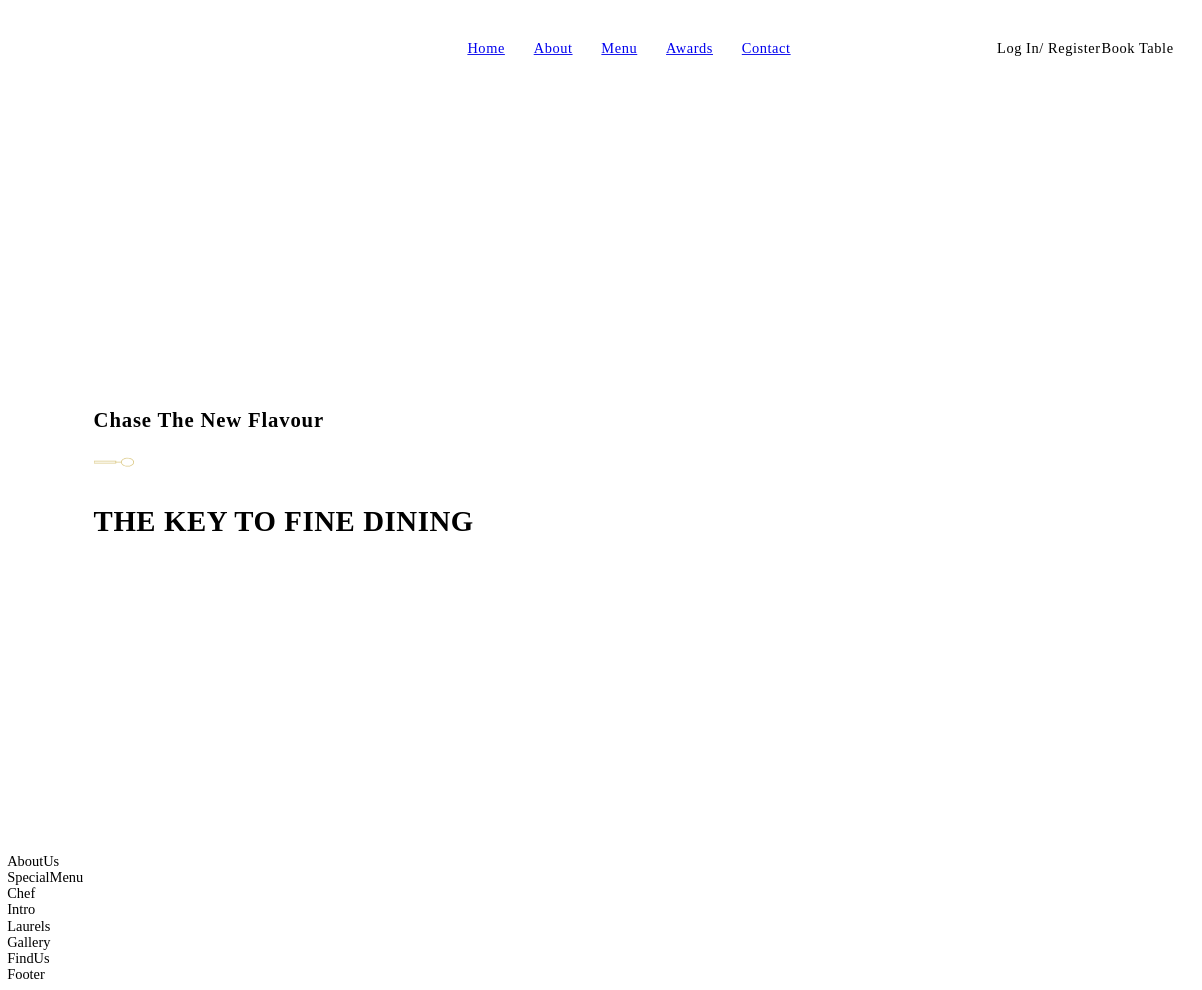
Repository: remydev47/restaurant
Page: /
These files come from the project's save history. The page is drawn as it stood at one moment and after the next save; the edit follows.
The browser window is 1280 px wide. The page is 1336 px wide, so the pictures cover 1336 px, including what lies to the right of the window. The pictures show the whole page, at 90% of full size.
The project was rebuilt for these pictures with package versions that can differ from the ones it lists, and the page was loaded fresh each time. Also part of the build but not shown: src/container/AboutUs/AboutUs.css, src/container/Chef/Chef.css, src/components/Footer/Newsletter.jsx, src/components/Footer/FooterOverlay.jsx, src/components/Menuitem/MenuItem.css, src/components/Menuitem/MenuItem.jsx, src/container/Menu/SpecialMenu.css. Imported but missing from the stored project, and not drawn on this page: src/assets/meal.mp4.

Above is the page before, as saved 2022-03-15 12:58:57.

After the next save:
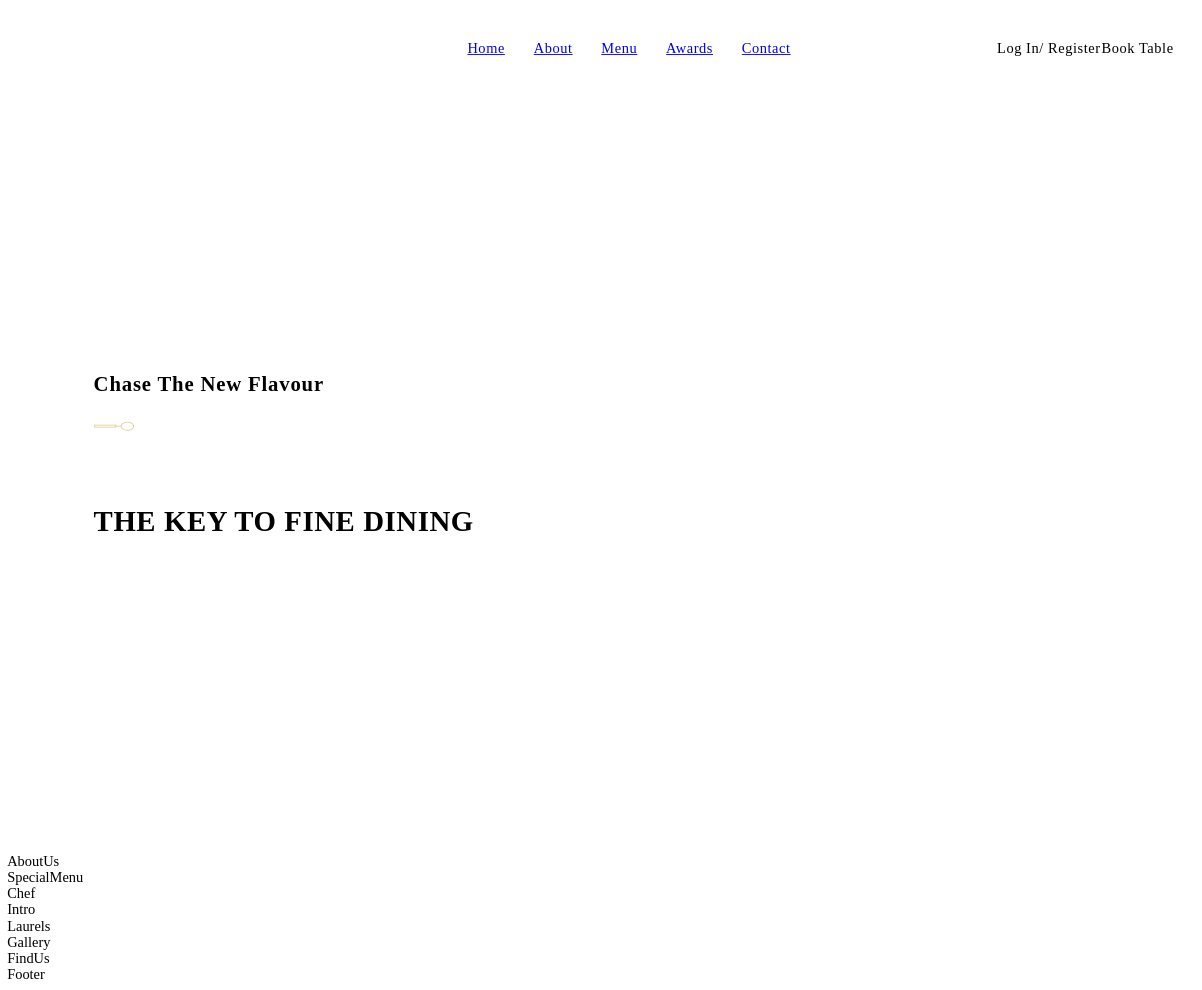
Saved 25 s later.
--- a/src/container/Header/Header.css
+++ b/src/container/Header/Header.css
@@ -7,4 +7,5 @@
     color: var(--color-golden);
     letter-spacing: 0.04rem;
     text-transform: uppercase;
+    line-height: 117px;
 }
